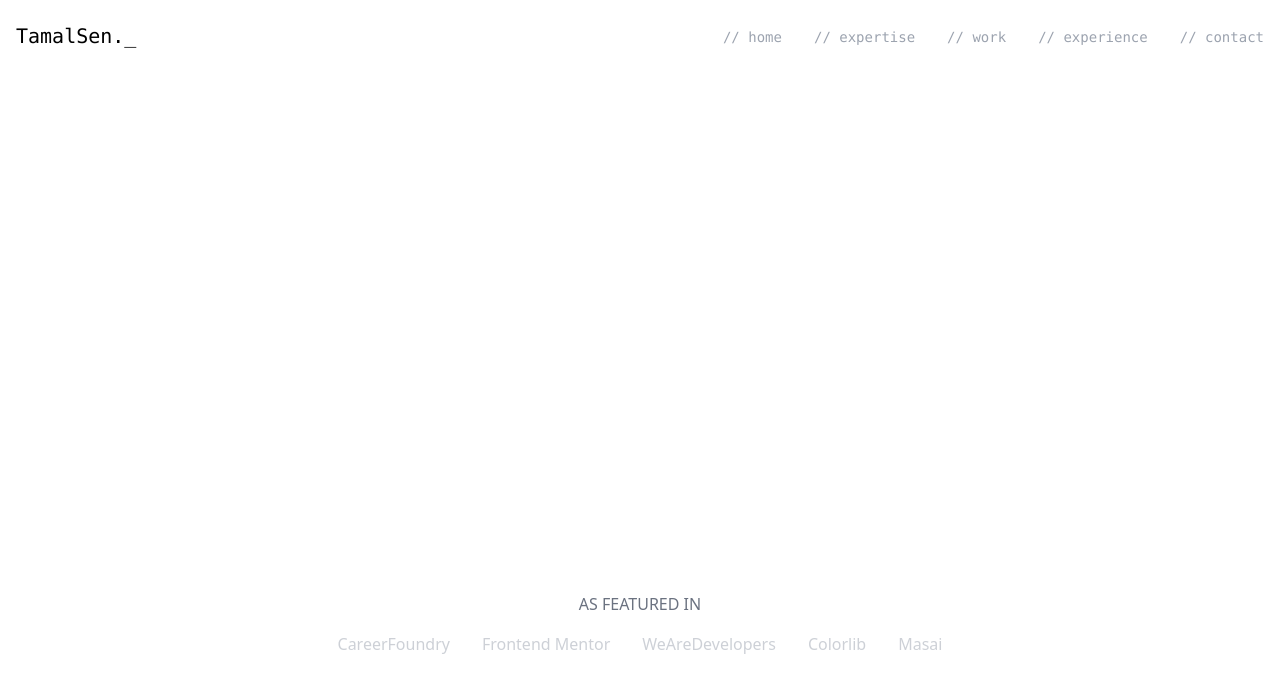
Repository: chouaiboo/cv-app
Page: /
These files come from the project's save history. The page is drawn as it stood at one moment and after the next save; the edit follows.
The browser window is 1280 px wide. The pictures show the whole page.
The project was rebuilt for these pictures with package versions that can differ from the ones it lists, and the page was loaded fresh each time.

Above is the page before, as saved 2025-01-05 15:09:47.

After the next save:
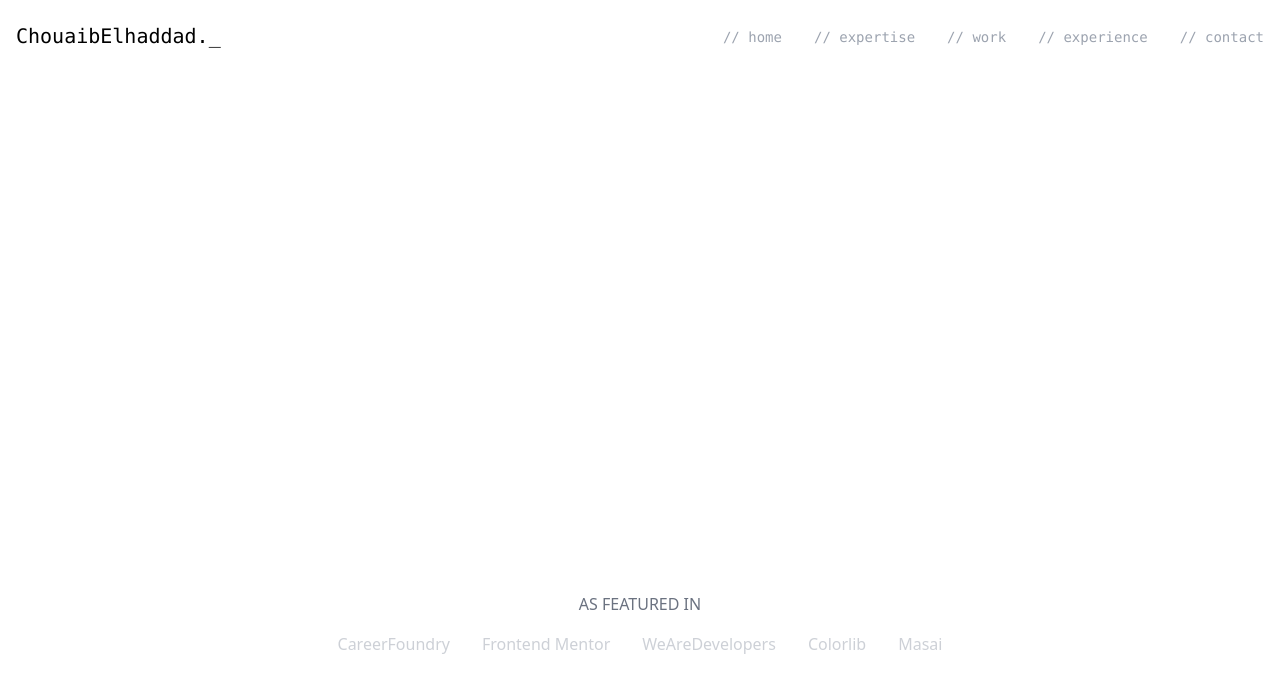
Saved 55 s later.
--- a/src/Compenents/header/Header.jsx
+++ b/src/Compenents/header/Header.jsx
@@ -36,7 +36,7 @@
           {/* Logo */}
           <a href="#home" className="text-xl font-mono group">
             <span className="text-[#4FD1C5] hover:text-white transition-colors duration-300">
-              TamalSen._
+              ChouaibElhaddad._
             </span>
             <div className="absolute -bottom-1 left-0 w-full h-0.5 bg-gradient-to-r from-[#4FD1C5] to-[#4FD1C5]/50 transform scale-x-0 group-hover:scale-x-100 transition-transform duration-500 ease-out"></div>
           </a>
